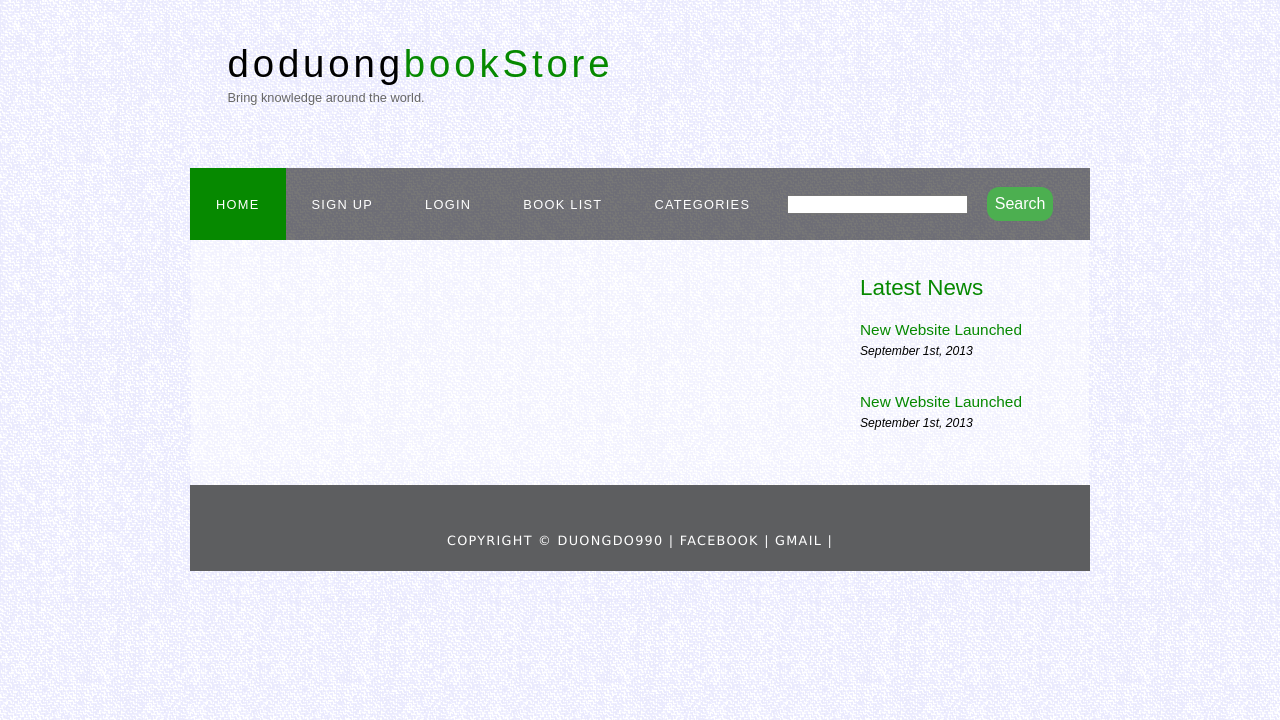
Repository: ngttuyen/JavaWeb
Page: http://localhost/MyWebsite/
An editor plug-in stored every save of this project. The page is shown before and after the next save, followed by the edit.
The browser window is 1280 px wide. The pictures show the whole page.
The page is served by Tomcat 9.

Above is the page before, as saved 2019-06-01 13:01:47.

After the next save:
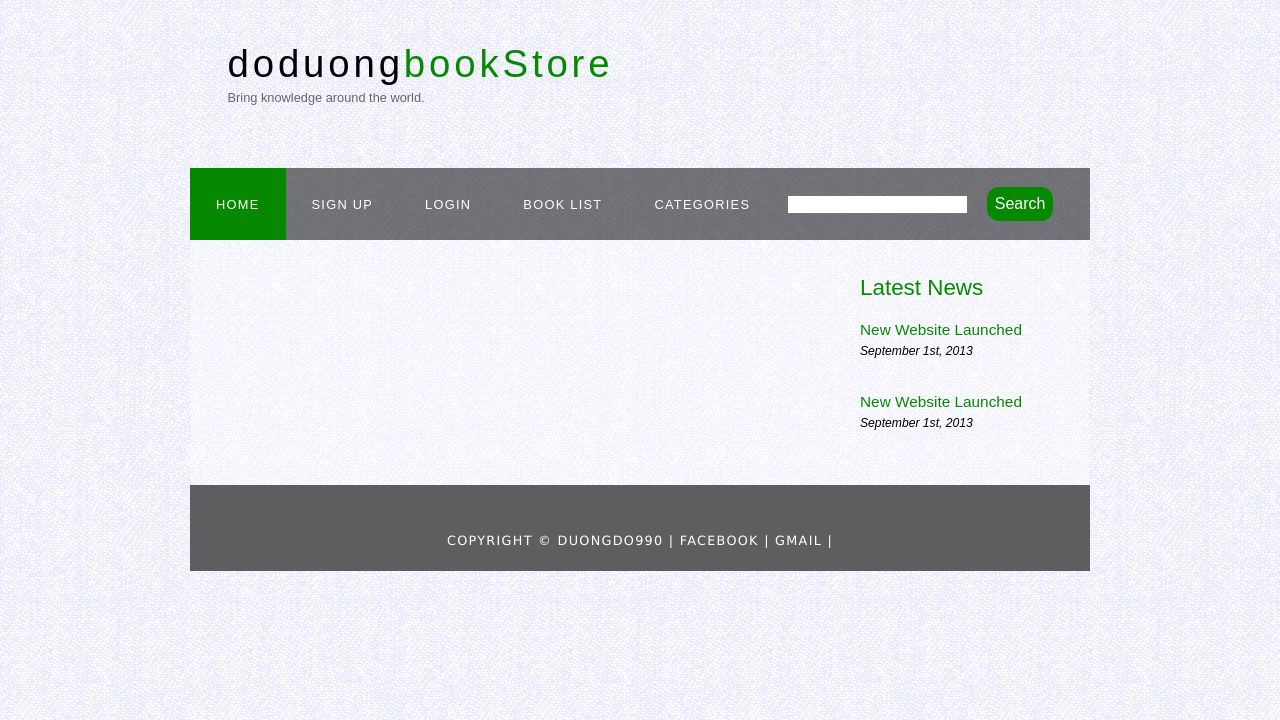
Saved 33 s later.
--- a/MyWebsite/WebContent/styles/style.css
+++ b/MyWebsite/WebContent/styles/style.css
@@ -229,7 +229,7 @@ ul#menu li a:hover, ul#menu li.selected a, ul#menu li.selected a:hover
   padding: 66px 16px 0px 300px;}
   /*-------------------------------------*/
 .button {
-  background-color: #4CAF50; /* Green */
+  background-color: #068900; /* Green */
   border: none;
   color: white;
   padding: 1% 1%;
